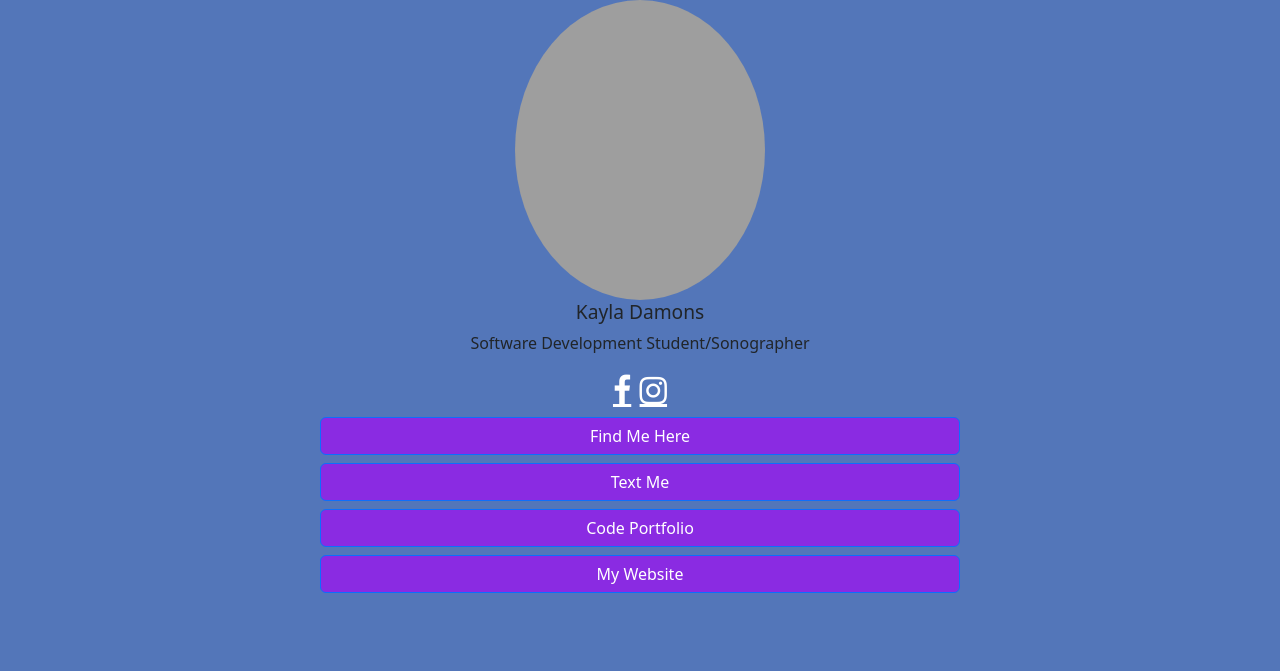
Repository: KaylaDamons/LABlinkinbio
Page: index.html
The author's editor kept a copy of each file at every save. The page is drawn from the files as they stood at one save, then again after the next save.
The browser window is 1280 px wide. The pictures show the whole page.
Pictures or frames that could not be fetched are drawn as grey boxes.

Above is the page before, as saved 2024-01-14 18:11:34.

After the next save:
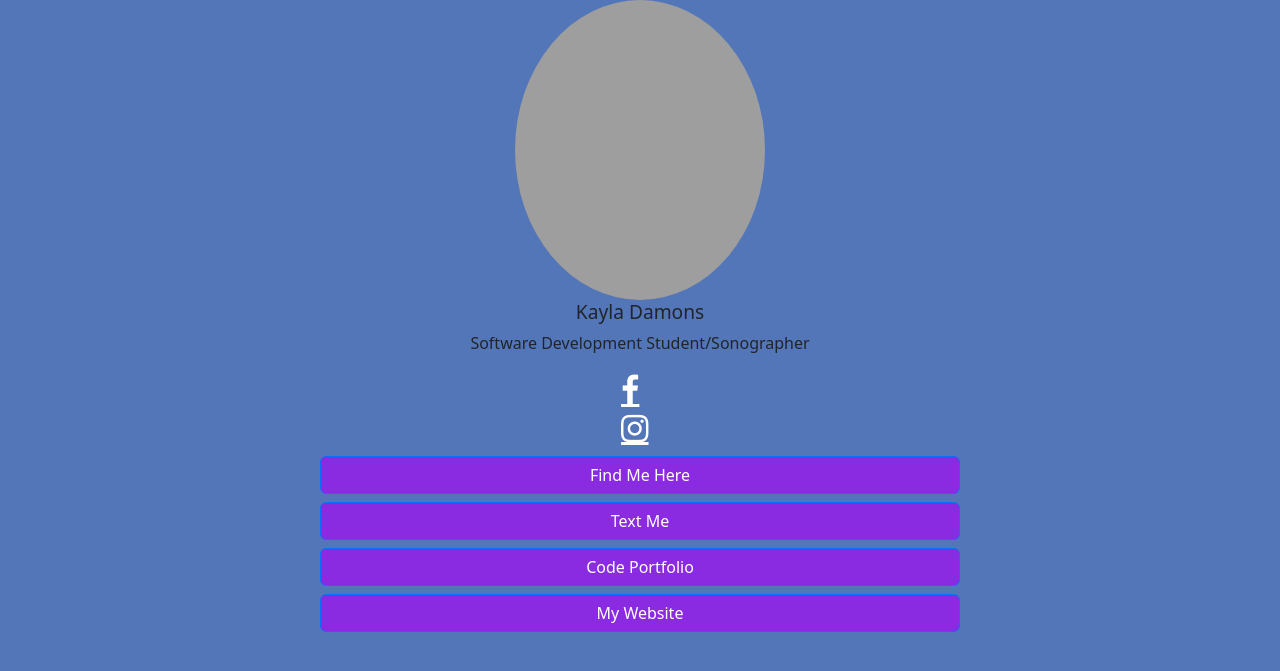
Saved 25 s later.
--- a/main.css
+++ b/main.css
@@ -25,4 +25,5 @@ img {
 }
 .fa {
   color: white;
+  margin-left: 15%;
 }
